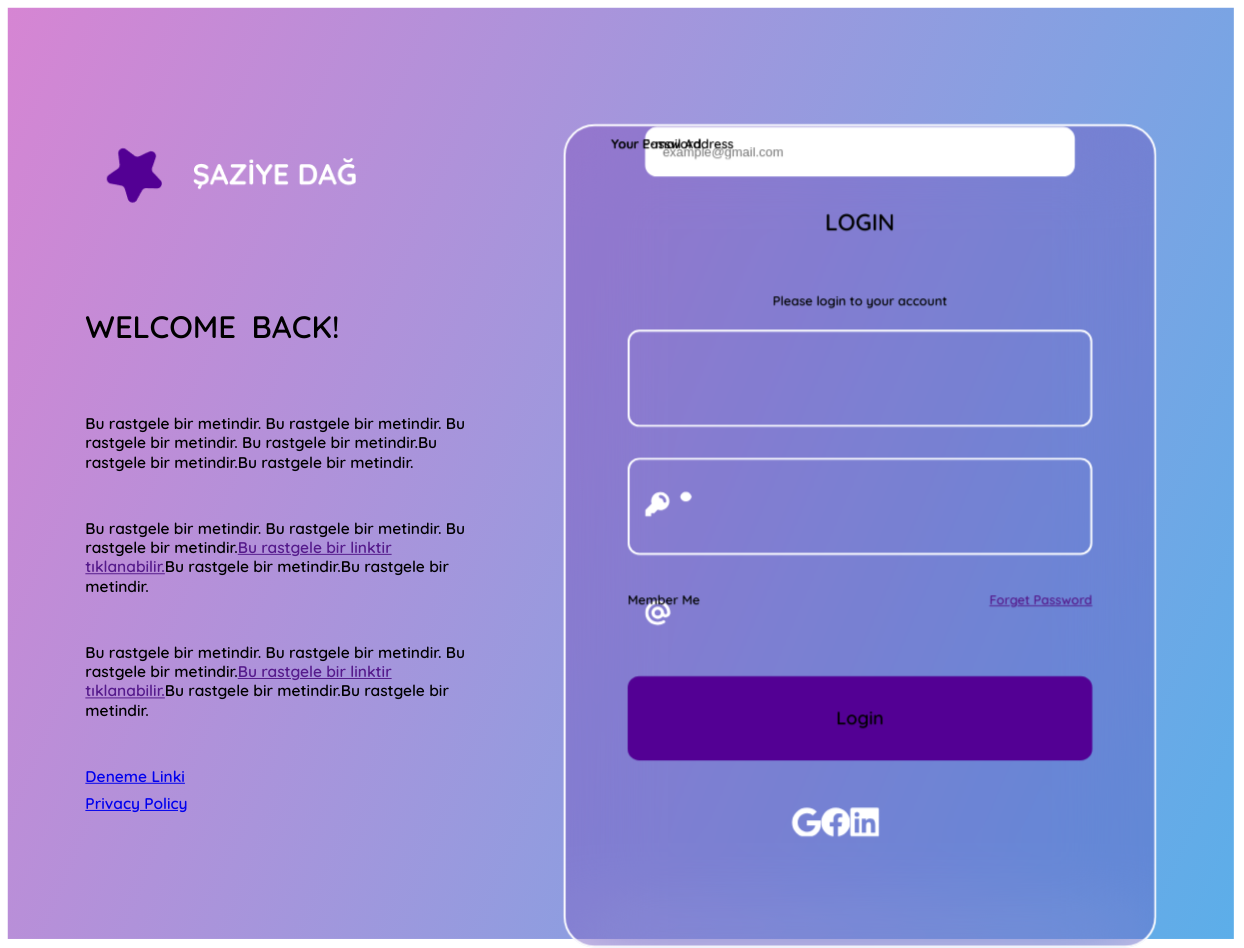
Repository: szydag/login
Page: /
These files come from the project's save history. The page is drawn as it stood at one moment and after the next save; the edit follows.
The browser window is 1280 px wide. The page is 1280 px wide, then 1282 px, so the pictures cover 1282 px, including what lies to the right of the window. The pictures show the whole page, at 97% of full size.
The project was rebuilt for these pictures with package versions that can differ from the ones it lists, and the page was loaded fresh each time. Also part of the build but not shown: src/assets/svgr/unhiddenIcon/index.js.

Above is the page before, as saved 2023-10-29 20:02:50.

### src/index.js
import React from 'react';
import ReactDOM from 'react-dom/client';
import App from './app/index';
import {
    BrowserRouter
} from "react-router-dom";

const root = ReactDOM.createRoot(document.getElementById('root'));
root.render(
    <BrowserRouter>
        <App />
    </BrowserRouter>
);

### src/app/index.js
import LoginPage from "./pages/login";
import useStyles from "./style";

const App = () => {
    const classes = useStyles();
    return <div
        className={classes.main}
    >
        <LoginPage />
    </div>

};

export default App;

### src/app/pages/login/index.js
import React, { useEffect } from 'react'
import useStyles from './style';
import logo from './../../../assets/logo.png'
import MailIcon from './../../../assets/svgr/mailIcon/index.js'
import PasswordIcon from './../../../assets/svgr/passwordIcon/index.js'
import HiddenIcon from './../../../assets/svgr/hiddenIcon/index.js'
import UnhiddenIcon from './../../../assets/svgr/unhiddenIcon/index.js'
import GoogleIcon from './../../../assets/svgr/googleIcon/index.js'
import FacebookIcon from './../../../assets/svgr/facebookIcon/index.js'
import LinkedInIcon from './../../../assets/svgr/linkedInIcon/index.js'
const LoginPage = () => {

    const classes = useStyles();
    return <div
        className={classes.loginPage}
    >
        <div
            className={classes.promotionTexts}
        >
            <div
                className={classes.logo}
            >
                <img
                    src={logo}
                    alt=""
                />
            </div>
            <div
                className={classes.mainContent}
            >
                <div
                    className={classes.title}
                >
                    <h1>WELCOME</h1>
                    <h1>BACK!</h1>
                </div>
                <div
                    className={classes.contentText}
                >
                    <p>
                        Bu rastgele bir metindir. Bu rastgele bir metindir. Bu rastgele bir metindir. Bu rastgele bir metindir.Bu rastgele bir metindir.Bu rastgele bir metindir.
                    </p>
                    <p>
                        Bu rastgele bir metindir. Bu rastgele bir metindir. Bu rastgele bir metindir.
                        <a
                            href=""
                        >
                            Bu rastgele bir linktir tıklanabilir.
                        </a>
                        Bu rastgele bir metindir.Bu rastgele bir metindir.
                    </p>
                    <p>
                        Bu rastgele bir metindir. Bu rastgele bir metindir. Bu rastgele bir metindir.
                        <a
                            href=""
                        >
                            Bu rastgele bir linktir tıklanabilir.
                        </a>
                        Bu rastgele bir metindir.Bu rastgele bir metindir.
                    </p>
                </div>
                <div
                    className={classes.links}
                >
                    <a
                        href="

                    ">
                        Deneme Linki
                    </a>
                    <a
                        href="

                    ">
                        Privacy Policy
                    </a>
                </div>

            </div>
        </div>
        <div
            className={classes.loginArea}
        >
            <div
                className={classes.header}
            >
                <h2>LOGIN</h2>
                <h5>Please login to your account</h5>
            </div>
            <div
                className={classes.container}
            >
                <div
                    className={classes.loginMainContent}
                >
                    <div
                        className={classes.inputArea}
                    >
                        <div
                            className={classes.mailInput}
                        >
                            <input
                                className={classes.mailInput}
                                type="text"
                                placeholder='example@gmail.com'
                            />
                            <div
                                className={classes.content}
                            >
                                <MailIcon
                                    color='#ffffff'
                                    size={30}
                                ></MailIcon>

                            </div>
                            <div
                                className={classes.inputTitle}
                            >
                                <h5>Your E-mail  Address</h5>
                            </div>
                        </div>
                        <div
                            className={classes.passwordInput}
                        >
                            <div
                                className={classes.content}
                            >
                                <PasswordIcon
                                    color='#ffffff'
                                    size={30}
                                >
                                </PasswordIcon>
                                <HiddenIcon
                                    color='#ffffff'
                                    size={30}
                                >

                                </HiddenIcon>
                            </div>
                            <div
                                className={classes.inputTitle}
                            >
                                <h5>Your Password</h5>
                            </div>

                        </div>
                    </div>
                    <div
                        className={classes.passwordSettingsArea}
                    >
                        <div
                            className={classes.memberMeArea}
                        >
                            <h5>Member Me</h5>
                        </div>
                        <h5>
                            <a href="">
                                Forget Password
                            </a>
                        </h5>
                    </div>
                </div>
                <div
                    className={classes.loginButton}
                >
                    <h3>Login</h3>
                </div>
            </div>
            <div
                className={classes.accountSettings}
            >
                <div
                    className={classes.accountSettingsTitle}
                >

                </div>
                <div
                    className={classes.socialMediaIcons}
                >
                    <GoogleIcon
                        color='#ffffff'
                        size={30}
                    >
                    </GoogleIcon>
                    <FacebookIcon
                        color='#ffffff'
                        size={30}
                    >
                    </FacebookIcon>
                    <LinkedInIcon
                        color='#ffffff'
                        size={30}
                    >
                    </LinkedInIcon>
                </div>
                <div
                    className={classes.newAccountArea}
                >

                </div>
            </div>
        </div>
    </div>
}

export default LoginPage;

### src/app/style.js
import { createUseStyles } from "react-jss";

const useStyles = createUseStyles({
    "@font-face": [
        {
            fontFamily: "Quicksand-Bold",
            src: 'url("/public/assets/fonts/Quicksand-Bold.ttf")',
            fontStyle: "normal"
        },
        {
            fontFamily: "Quicksand-Light",
            src: 'url("/public/assets/fonts/Quicksand-Light.ttf")',
            fontStyle: "normal"
        },
        {
            fontFamily: "Quicksand-Medium",
            src: 'url("/public/assets/fonts/Quicksand-Medium.ttf")',
            fontStyle: "normal"
        },
        {
            fontFamily: "Quicksand-Regular",
            src: 'url("/public/assets/fonts/Quicksand-Regular.ttf")',
            fontStyle: "normal"
        },
        {
            fontFamily: "Quicksand-SemiBold",
            src: 'url("/public/assets/fonts/Quicksand-SemiBold.ttf")',
            fontStyle: "normal"
        }
    ],
    main: {
        fontFamily: "Quicksand-SemiBold",
        width: '100%',
        height: '100%',
    },
})
export default useStyles;

### src/app/pages/login/style.js

import { createUseStyles } from "react-jss";

const useStyles = createUseStyles({
    "@font-face": [
        {
            fontFamily: "Quicksand-Bold",
            src: 'url("/public/assets/fonts/Quicksand-Bold.ttf")',
            fontStyle: "normal"
        },
        {
            fontFamily: "Quicksand-Light",
            src: 'url("/public/assets/fonts/Quicksand-Light.ttf")',
            fontStyle: "normal"
        },
        {
            fontFamily: "Quicksand-Medium",
            src: 'url("/public/assets/fonts/Quicksand-Medium.ttf")',
            fontStyle: "normal"
        },
        {
            fontFamily: "Quicksand-Regular",
            src: 'url("/public/assets/fonts/Quicksand-Regular.ttf")',
            fontStyle: "normal"
        },
        {
            fontFamily: "Quicksand-SemiBold",
            src: 'url("/public/assets/fonts/Quicksand-SemiBold.ttf")',
            fontStyle: "normal"
        }
    ],
    h1: {
        fontFamily: 'Quicksand-SemiBold',
    },
    loginPage: {
        height: '100vh',
        display: 'flex',
        padding: '120px 80px',
        alignItems: 'flex-start',
        gap: '80px',
        background: 'linear-gradient(113deg, #B9A675 0%, #D685D3 0%, #5CAEE9 100%)',
    },
    promotionTexts: {
        width: '50%',
        display: 'flex',
        flexDirection: 'column',
        alignItems: 'flex-start',
        gap: '64px',
    },
    logo: {
        display: 'flex',
        alignItems: 'center',
        gap: '8px',
    },
    mainContent: {
        display: 'flex',
        flexDirection: 'column',
        justifyContent: ' center',
        alignItems: 'flex-start',
        gap: '32px',
    },
    title: {
        display: 'flex',
        alignItems: 'flex-start',
        gap: '16px',
    },
    contentText: {
        display: 'flex',
        flexDirection: 'column',
        alignItems: 'flex - start',
        gap: '16px',
    },
    links: {
        display: 'flex',
        flexDirection: 'column',
        alignItems: 'flex-start',
        gap: '8px',
    },
    loginArea: {
        width: '50%',
        display: 'flex',
        padding: '64px',
        flexDirection: 'column',
        justifyContent: 'center',
        alignItems: 'center',
        borderRadius: '32px',
        border: '2px solid #FFF',
        background: 'rgba(83, 0, 148, 0.20)',
        backdropFilter: 'blur(45px)',
    },
    header: {
        display: 'flex',
        flexDirection: 'column',
        alignItems: 'center',
        gap: '16px',
    },
    container: {
        display: 'flex',
        flexDirection: 'column',
        alignItems: 'flex-start',
        gap: '48px',
        alignSelf: 'stretch',
    },
    loginMainContent: {
        display: 'flex',
        flexDirection: 'column',
        justifyContent: 'center',
        alignItems: 'center',
        gap: '16px',
        alignSelf: 'stretch',
    },
    inputArea: {
        display: 'flex',
        flexDirection: 'column',
        alignItems: 'flex-start',
        gap: '32px',
        alignSelf: 'stretch',
    },
    mailInput: {
        display: 'flex',
        height: '64px',
        padding: '16px',
        flexDirection: 'column',
        justifyContent: 'center',
        alignItems: 'flex-start',
        gap: '437px',
        alignSelf: 'stretch',
        borderRadius: '12px',
        border: '2px solid #FFF',
    },
    content: {
        display: 'flex',
        justifyContent: 'center',
        alignItems: 'center',
        gap: '6px',
    },
    inputTitle: {
        display: 'flex',
        padding: '0px 10px',
        alignItems: 'center',
        gap: '10px',
        position: 'absolute',
        left: '37px',
        top: '-12px',
    },
    passwordInput: {
        display: 'flex',
        height: '64px',
        padding: '16px',
        justifyContent: 'space-between',
        alignItems: 'center',
        alignSelf: 'stretch',
        borderRadius: '12px',
        border: '2px solid #FFF',
    },
    passwordSettingsArea: {
        display: 'flex',
        justifyContent: 'space-between',
        alignItems: 'flex-start',
        alignSelf: 'stretch',
    },
    memberMeArea: {
        display: 'flex',
        alignItems: 'center',
        gap: '16px',
    },
    loginButton: {
        display: 'flex',
        padding: '13px 215px',
        justifyContent: 'center',
        alignItems: 'center',
        gap: '10px',
        alignSelf: 'stretch',
        borderRadius: '12px',
        background: '#530094',
    },
    accountSettings: {
        display: 'flex',
        flexDirection: 'column',
        alignItems: 'center',
        gap: '48px',
    },
    accountSettingsTitle: {
        display: 'flex',
        justifyContent: 'center',
        alignItems: 'center',
        gap: '8px',
    },
    socialMediaIcons: {
        width: '140px',
        height: '31.492px',
    },
    newAccountArea: {
        display: 'flex',
        justifyContent: 'center',
        alignItems: 'flex-start',
        gap: '16px',
    },
})
export default useStyles;

### src/assets/svgr/mailIcon/index.js
import * as React from "react"
const MailIcon = ({
    color = "#ffffff",
    size = 30,
    ...props
}) => {
    const pathScale = 30 / size;
    return <svg
        xmlns="http://www.w3.org/2000/svg"
        width={size}
        height={size}
        fill="none"
        {...props}
    >
        <path
            fill={color}
            transform={`scale(${1 / 1})`}
            d="M19.894 6.125c-3.807-3.661-9.98-3.661-13.788 0s-3.808 9.597 0 13.258c3.31 3.183 8.41 3.6 12.187 1.248.753-.47 1.759-.263 2.247.461.488.725.273 1.692-.48 2.161-5.038 3.138-11.837 2.586-16.252-1.66-5.077-4.881-5.077-12.796 0-17.678 5.076-4.881 13.308-4.881 18.384 0C24.73 6.355 26 9.558 26 12.755c0 2.588-2.183 4.687-4.875 4.687a4.982 4.982 0 0 1-2.925-.937c-1.186 1.517-3.074 2.5-5.2 2.5-3.59 0-6.5-2.799-6.5-6.25 0-3.453 2.91-6.25 6.5-6.25s6.5 2.797 6.5 6.25c0 .862.727 1.562 1.625 1.562s1.625-.7 1.625-1.563c0-2.402-.952-4.798-2.856-6.629Zm-3.644 6.63c0-1.727-1.455-3.126-3.25-3.126s-3.25 1.4-3.25 3.125c0 1.726 1.455 3.125 3.25 3.125s3.25-1.399 3.25-3.125Z"
        />
    </svg>
}
export default MailIcon

### src/assets/svgr/passwordIcon/index.js
import * as React from "react"
const PasswordIcon = ({
    color = "#ffffff",
    size = 30,
    ...props
}) => {
    const pathScale = 30 / size;
    return <svg
        xmlns="http://www.w3.org/2000/svg"
        width={size}
        height={size}
        fill="none"
        {...props}
    >
        <path
            fill={color}
            transform={`scale(${1 / 1})`}
            d="M25 9.63a9.375 9.375 0 0 1-12.098 8.972L9.375 22.13H6.25v3.125H0v-6.25l6.652-6.652A9.375 9.375 0 1 1 25 9.63Zm-9.375-6.25a1.563 1.563 0 0 0 0 3.124c1.726 0 3.125 1.4 3.125 3.125a1.563 1.563 0 0 0 3.125 0 6.25 6.25 0 0 0-6.25-6.25Z"
        />
    </svg>
}
export default PasswordIcon

### src/assets/svgr/hiddenIcon/index.js
import * as React from "react"
const HiddenIcon = ({
    color = "#ffffff",
    size = 30,
    ...props
}) => {
    const pathScale = 30 / size;
    return <svg
        xmlns="http://www.w3.org/2000/svg"
        width={size}
        height={size}
        fill="none"
        {...props}
    >
        <path
            fill={color}
            transform={`scale(${1 / 1})`}
            d="M0 5.03C.801 2.115 3.185 0 6 0s5.199 2.115 6 5.03c-.801 2.915-3.185 5.03-6 5.03S.801 7.945 0 5.03Zm8.515 0C8.515 6.617 7.39 7.904 6 7.904c-1.39 0-2.515-1.287-2.515-2.874C3.485 3.443 4.61 2.156 6 2.156c1.39 0 2.515 1.287 2.515 2.874Z"
        />
    </svg>
}
export default HiddenIcon

### src/assets/svgr/googleIcon/index.js
import * as React from "react"
const GoogleIcon = ({
    color = "#ffffff",
    size = 30,
    ...props
}) => {
    const pathScale = 30 / size;
    return <svg
        xmlns="http://www.w3.org/2000/svg"
        width={size}
        height={size}
        fill="none"
        {...props}
    >
        <path
            fill={color}
            transform={`scale(${1 / 1})`}
            d="M30.5 16.357c0 8.698-5.957 14.889-14.754 14.889A15.228 15.228 0 0 1 .5 16 15.228 15.228 0 0 1 15.746.754c4.106 0 7.561 1.506 10.223 3.99l-4.15 3.99C16.392 3.496 6.298 7.43 6.298 16c0 5.318 4.248 9.627 9.449 9.627 6.037 0 8.3-4.328 8.656-6.572h-8.656v-5.243H30.26c.142.78.24 1.53.24 2.545Z"
        />
    </svg>
}
export default GoogleIcon

### src/assets/svgr/facebookIcon/index.js
import * as React from "react"
const FacebookIcon = ({
    color = "#ffffff",
    size = 30,
    ...props
}) => {
    const pathScale = 30 / size;
    return <svg
        xmlns="http://www.w3.org/2000/svg"
        width={size}
        height={size}
        fill="none"
        {...props}
    >
        <path
            fill={color}
            transform={`scale(${1 / 1})`}
            d="M30.5 15.754c0-8.286-6.714-15-15-15s-15 6.714-15 15c0 7.487 5.485 13.692 12.656 14.819V20.09h-3.81v-4.336h3.81V12.45c0-3.759 2.238-5.835 5.666-5.835 1.641 0 3.358.293 3.358.293v3.689h-1.892c-1.863 0-2.444 1.156-2.444 2.343v2.815h4.16l-.666 4.336h-3.494v10.483C25.014 29.446 30.5 23.24 30.5 15.754Z"
        />
    </svg>
}
export default FacebookIcon

### src/assets/svgr/linkedInIcon/index.js
import * as React from "react"
const LinkedInIcon = ({
    color = "#ffffff",
    size = 30,
    ...props
}) => {
    const pathScale = 30 / size;
    return <svg
        xmlns="http://www.w3.org/2000/svg"
        width={size}
        height={size}
        fill="none"
        {...props}
    >
        <path
            fill={color}
            transform={`scale(${1 / 1})`}
            d="M28.357.754H2.637C1.456.754.5 1.725.5 2.917v25.674c0 1.192.958 2.163 2.136 2.163h25.721c1.179 0 2.143-.97 2.143-2.163V2.917c0-1.192-.964-2.163-2.143-2.163ZM9.567 26.468H5.121V12.151h4.453v14.317h-.007ZM7.344 10.196a2.58 2.58 0 0 1 0-5.156 2.584 2.584 0 0 1 2.578 2.578 2.575 2.575 0 0 1-2.578 2.578Zm18.89 16.272h-4.446v-6.964c0-1.66-.034-3.797-2.31-3.797-2.317 0-2.672 1.808-2.672 3.677v7.084h-4.447V12.151h4.266v1.956h.06c.596-1.125 2.05-2.31 4.212-2.31 4.5 0 5.337 2.966 5.337 6.823v7.848Z"
        />
    </svg>
}
export default LinkedInIcon

Loaded but not shown: public/index.html (common file)

After the next save:
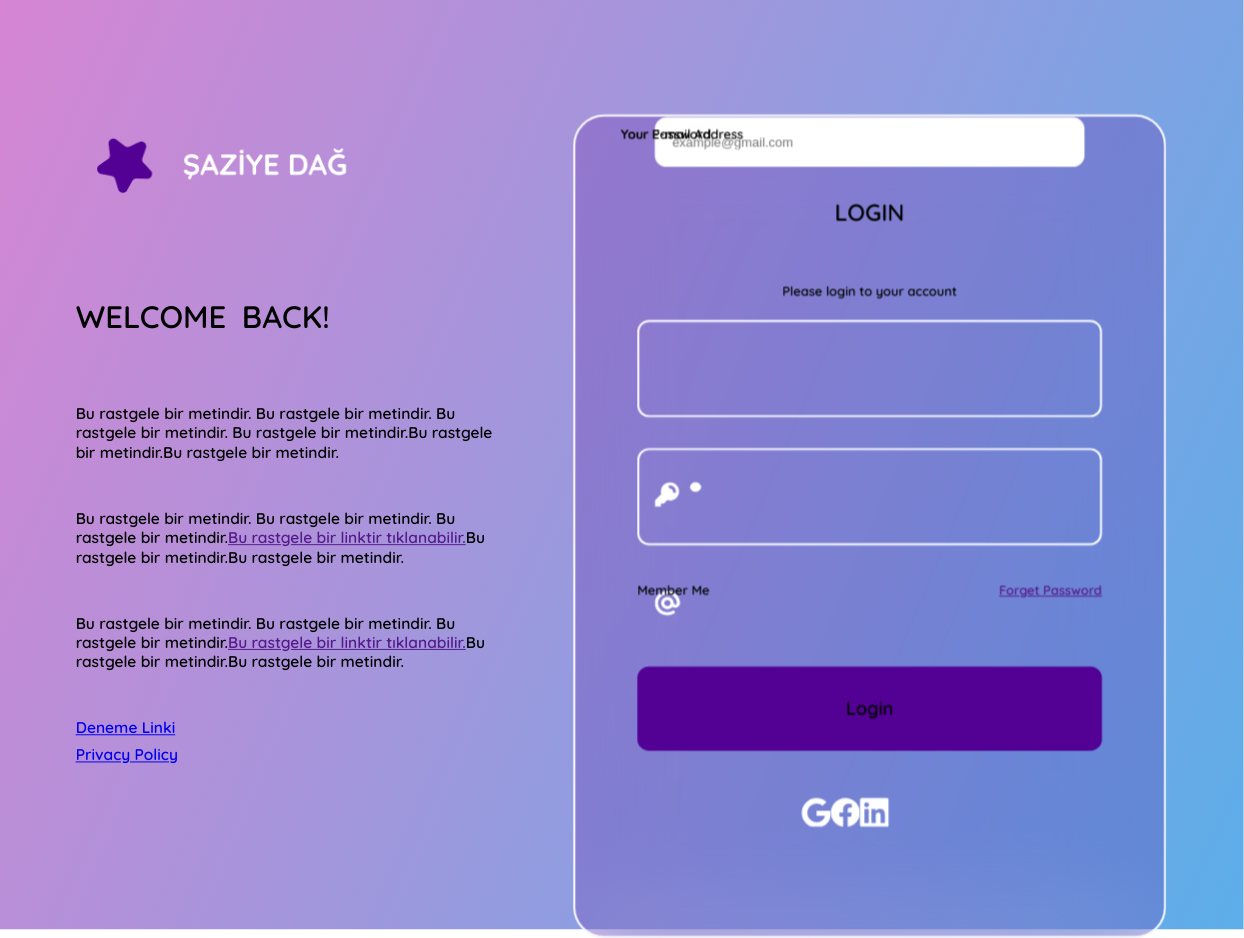
Saved 8 min 15 s later.
--- a/src/app/pages/login/style.js
+++ b/src/app/pages/login/style.js
@@ -33,6 +33,7 @@ const useStyles = createUseStyles({
         fontFamily: 'Quicksand-SemiBold',
     },
     loginPage: {
+        margin:"-10px",
         height: '100vh',
         display: 'flex',
         padding: '120px 80px',
